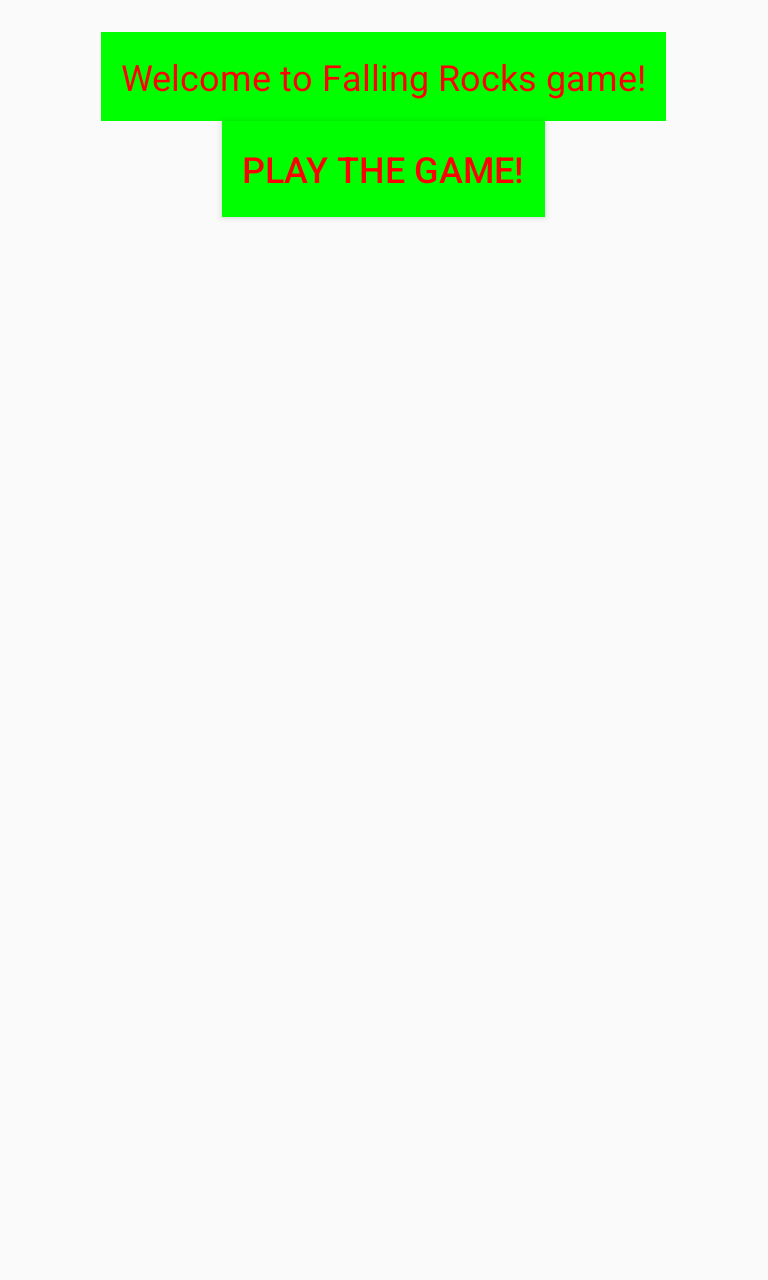
Repository: deyan-yosifov/Android
Layout: Workspace/FallingRocks/res/layout/activity_main.xml
These files come from the project's save history. The layout is drawn as it stood at one moment and after the next save; the edit follows.
It is drawn on a 768 x 1280 px phone screen (xhdpi) without system bars, with theme AppTheme; the app's code is not run.

Above is the layout before, as saved 2014-11-02 16:38:07.

After the next save:
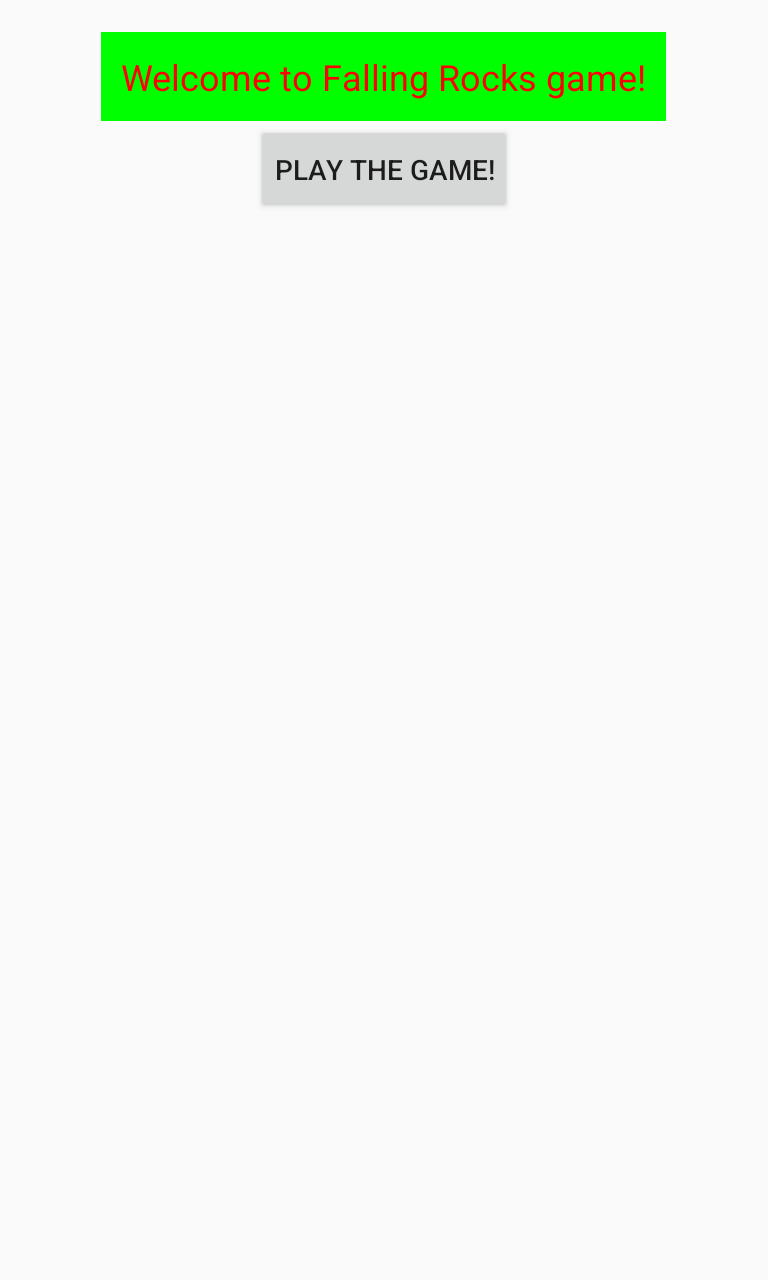
Saved 17 s later.
--- a/Workspace/FallingRocks/res/layout/activity_main.xml
+++ b/Workspace/FallingRocks/res/layout/activity_main.xml
@@ -14,7 +14,7 @@
         android:text="@string/welcome_header"
          />
 	<Button
-	    style="@style/FallingRocksFonts"
+	    style="@style/FallingRocksButtons"
 	    android:layout_below="@id/welcome_header_id"
 	    android:text="@string/button_play_game"
 	    android:onClick="startGame" />
